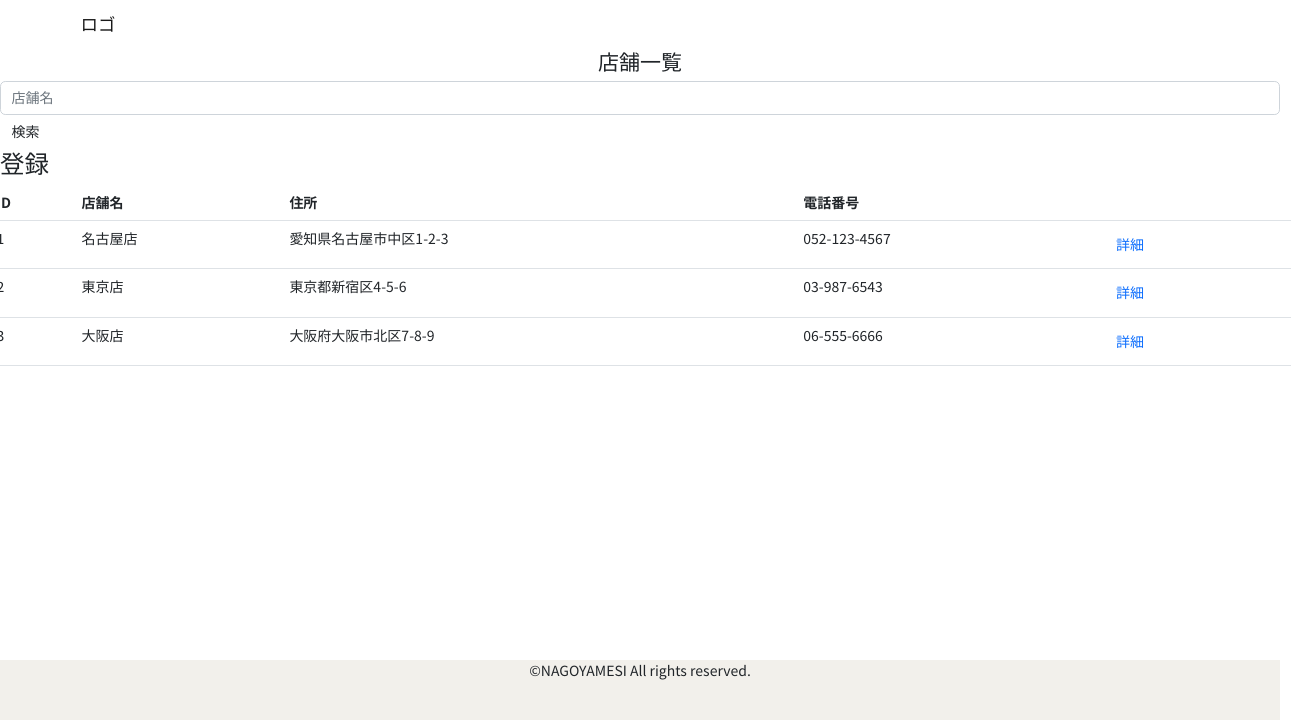
Repository: masa1228ew/taberogu
Page: http://localhost/admin/shop/index
The author's editor kept a copy of each file at every save. The page is drawn from the files as they stood at one save, then again after the next save.
The browser window is 1280 px wide. The page is 1291 px wide, so the pictures cover 1291 px, including what lies to the right of the window. The pictures show the whole page.
The page is this project's Thymeleaf template; nobody is signed in. The template is opened directly, without the code that normally fills it, so the values that code supplies are empty.

Above is the page before, as saved 2024-11-17 14:07:23.

### taberogu/taberogu/src/main/resources/templates/admin/shop/index.html
<!DOCTYPE html>
<html xmlns:th="https://www.thymeleaf.org">
	<head>
		 <meta charset="UTF-8">
         <meta name="viewport" content="width=device-width, initial-scale=1">
         <link href="https://cdn.jsdelivr.net/npm/bootstrap@5.2.3/dist/css/bootstrap.min.css" rel="stylesheet" integrity="sha384-rbsA2VBKQhggwzxH7pPCaAqO46MgnOM80zW1RWuH61DGLwZJEdK2Kadq2F9CUG65" crossorigin="anonymous">
          <link rel="preconnect" href="https://fonts.googleapis.com">
         <link rel="preconnect" href="https://fonts.gstatic.com" crossorigin>
         <link href="https://fonts.googleapis.com/css2?family=Noto+Sans+JP:wght@400;500&display=swap" rel="stylesheet">

 <link th:href="@{/css/style.css}" rel="stylesheet" >
         <title>店舗一覧</title>
	</head>
	<body>
	 <div class="wapper">
		<nav class="navbar navbar-light">
			<div class="container">
				<a class="navbar-brand" th:href="@{/}">
					ロゴ
				</a>
			</div>
		</nav>

	<main>
		<div class="row justify-content-center">
			<h1 class="text-center">店舗一覧</h1>
			<div class="justify-content-between">
				<form>
					<input type="text" class="form-control" name="keyword" placeholder="店舗名">
					<button type="submit" class="btn">検索</button>
				</form>
<!--				<a href="#" class="btn text-white">登録</a>-->
<h3>登録</h3>
			</div>
			<table class="table">
				<thead>
				 <tr>
					<th scope="col">ID</th>
					<th scope="col">店舗名</th>
					<th scope="col">住所</th>
					<th scope="col">電話番号</th>
					<th scope="col"></th>
				 </tr>
				</thead>
				<tbody>
<!--					<tr th:each="#">-->
<!--						<td th:text="#"></td>-->
<!--						<td th:text="#"></td>-->
<!--						<td th:text="#"></td>-->
<!--						<td th:text="#"></td>-->
<!--						<td><a href="#">詳細</a></td>-->
<!--					</tr>-->
 <tr>
                        <td>1</td>
                        <td>名古屋店</td>
                        <td>愛知県名古屋市中区1-2-3</td>
                        <td>052-123-4567</td>
                        <td><a href="#" class="btn btn-link">詳細</a></td>
                    </tr>
                    <tr>
                        <td>2</td>
                        <td>東京店</td>
                        <td>東京都新宿区4-5-6</td>
                        <td>03-987-6543</td>
                        <td><a href="#" class="btn btn-link">詳細</a></td>
                    </tr>
                    <tr>
                        <td>3</td>
                        <td>大阪店</td>
                        <td>大阪府大阪市北区7-8-9</td>
                        <td>06-555-6666</td>
                        <td><a href="#" class="btn btn-link">詳細</a></td>
                    </tr>
				</tbody>
			</table>
		</div>
		</div>
	</main>
	<footer>
		<div class="justify-content-center">
			<p class="text-center">&copy;NAGOYAMESI  All rights reserved.</p>
		</div>
	</footer>
	</body>
</html>

### taberogu/taberogu/src/main/resources/static/css/style.css
html {
   font-size: 14px;
 }

 body {
   font-family: 'Noto Sans JP', sans-serif;
 }

 h1 {
   font-size: 1.5rem;
 }

 a {
   color: #5196a6;
   text-decoration: none !important;
 }

 a:hover {
     color: #407784;
 }

 footer {
   width: 100%;
   height: 60px;
   position: absolute;
   bottom: 0;
   background-color: #f2f0eb;
 }

 .wapper{
	 min-height: 100vh;
   position: relative;
   padding-bottom: 60px;
   box-sizing: border-box;
 }

 .naver{
	  min-height: 60px;
 }

After the next save:
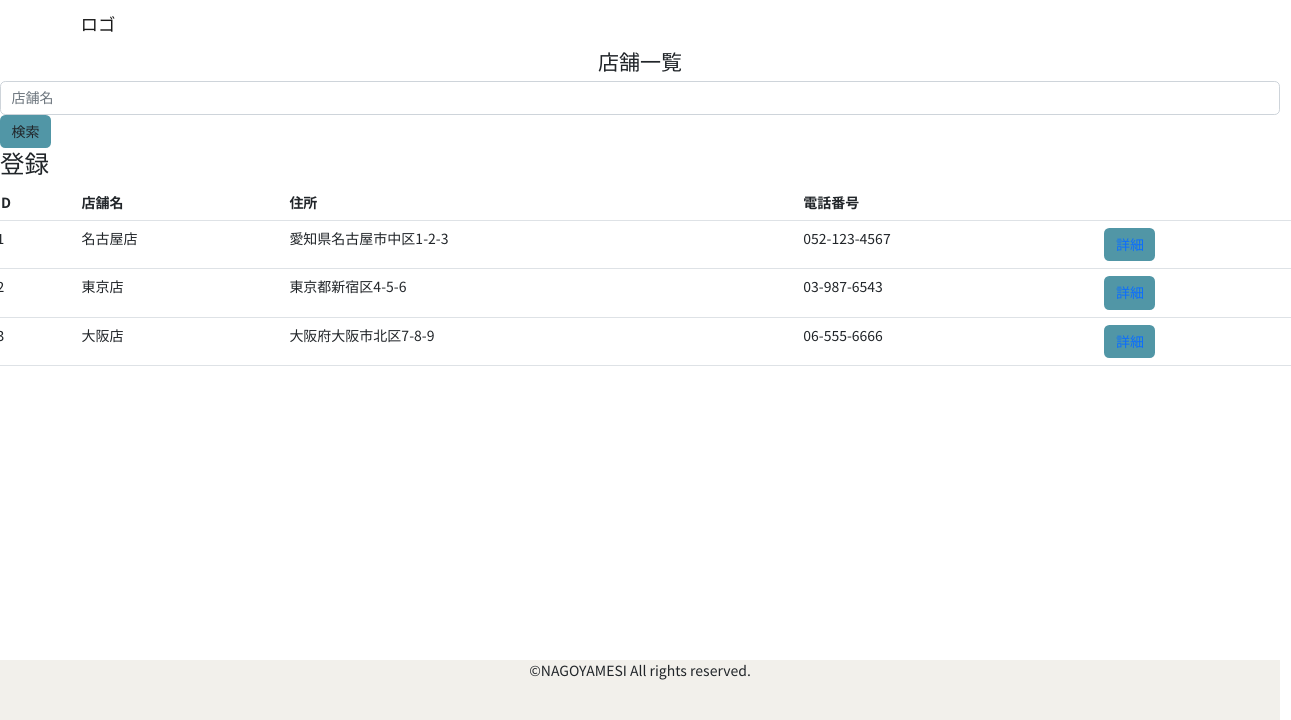
Saved 57 s later.
--- a/taberogu/taberogu/src/main/resources/static/css/style.css
+++ b/taberogu/taberogu/src/main/resources/static/css/style.css
@@ -37,3 +37,12 @@ html {
  .naver{
 	  min-height: 60px;
  }
+
+ .btn:hover {
+   opacity: 0.8;
+ }
+
+ .btn{
+   background-color: #5196a6 !important;
+   transition: 0.1s;
+ }
